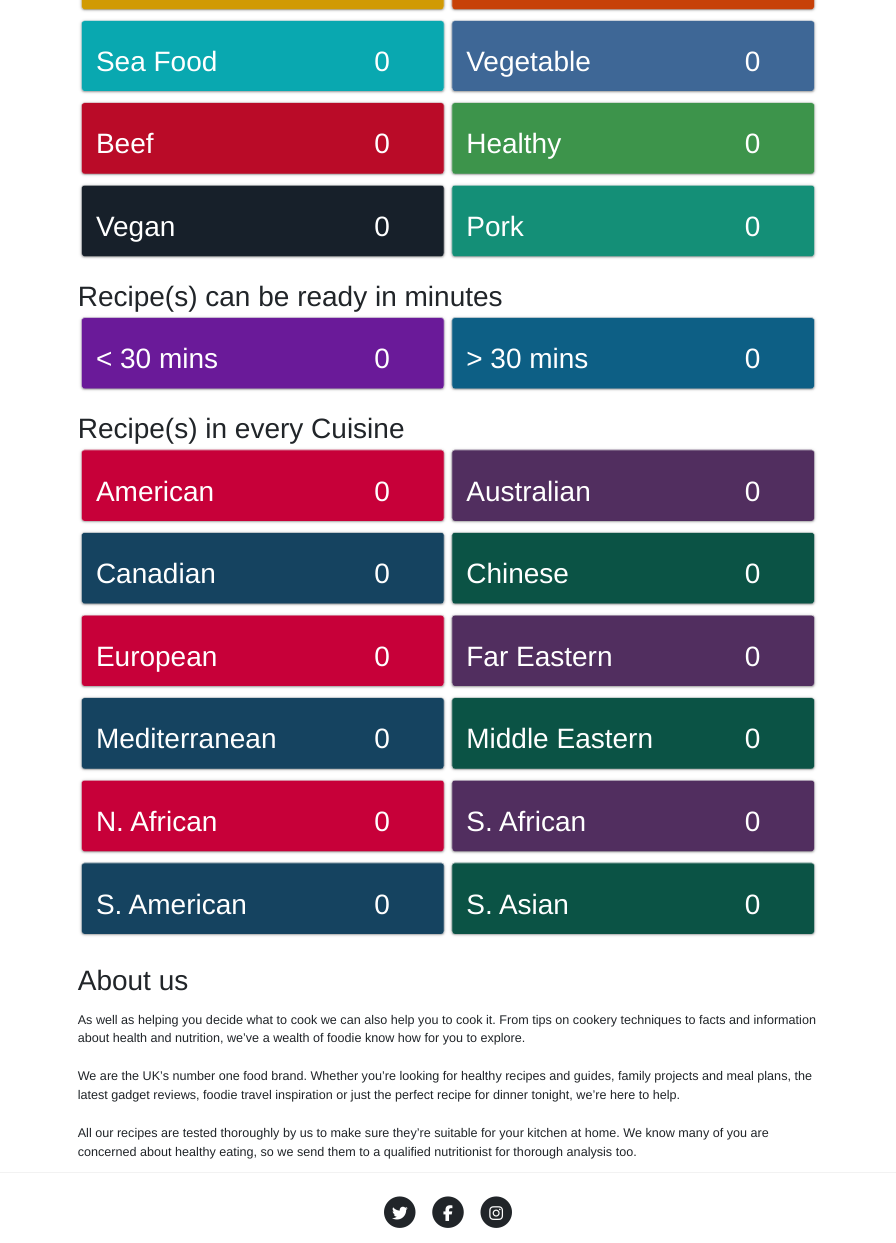
Repository: Code-Institute-Submissions/simas-recipes
Page: http://localhost/
The author's editor kept a record of every edit. The page is drawn from the files as they stood at one moment, then again after the next edit.
The browser window is 1280 px wide. The pictures show the part of the page from y = 753 to 2673 px (the page is 2528 px tall before and 2673 px after), at 70% of full size.
Some web fonts or font styles are not loaded; a fallback is used. Some web libraries are served in a nearby version. The page is served by the project's application, run on Flask 3 (run.py). Queries for data that is not in the repository find no rows.

Above is the page before.
Console error: ReferenceError: emailjs is not defined

### templates/index.html
{% extends 'base.html' %}
{% block content %}
    <span id ="top-page" class="dashhead"> Recipe(s) available in every Catagory</span><br>

    <div class="row">

        <!--Amount of recipes available for CHICKEN-->
        <div class="col-md-6 col-sm-12">
            <a href = "{{ url_for('chicken')}}">
            <div class="row card-chick collapsible collapsible-dash">
                <h2 class="col-9 cat_head">
                    Chicken
                </h2>
                <h2 class="col-3 cat-value">
                    {{ recipe_chicken|selectattr('recipe_type', 'equalto', 'Chicken')|list|length }}
                </h2>
            </div>
            </a>
        </div>

        <!--Amount of recipes available for LAMB-->
        <div class="col-md-6 col-sm-12">
            <a href = "{{ url_for('lamb')}}">
            <div class="row card-lamb collapsible collapsible-dash">
                <h2 class="col-9 cat_head">
                    Lamb
                </h2>
                <h2 class="col-3 cat-value">
                    {{ recipe_lamb|selectattr('recipe_type', 'equalto', 'Lamb')|list|length }}
                </h2>
            </div>
            </a>
        </div>
    </div>

    <div class="row">

        <!--Amount of recipes available for SEA FOOD-->
        <div class="col-md-6 col-sm-12">
            <a href = "{{ url_for('seafood')}}">
            <div class="row card-seafood collapsible collapsible-dash">
                <h2 class="col-9 cat_head">
                    Sea Food
                </h2>
                <h2 class="col-3 cat-value">
                    {{ recipe_seafood|selectattr('recipe_type', 'equalto', 'Sea Food')|list|length }}
                </h2>
            </div>
            </a>
        </div>

        <!--Amount of recipes available for VEGETABLE-->
        <div class="col-md-6 col-sm-12">
            <a href = "{{ url_for('veg')}}">
            <div class="row card-veg collapsible collapsible-dash">
                <h2 class="col-9 cat_head">
                    Vegetable
                </h2>
                <h2 class="col-3 cat-value">
                    {{ recipe_veg|selectattr('recipe_type', 'equalto', 'Vegetable')|list|length }}
                </h2>
            </div>
        </div>
    </div>

    <div class="row">

        <!--Amount of recipes available for BEEF-->
        <div class="col-md-6 col-sm-12">
            <a href = "{{ url_for('beef')}}">
            <div class="row card-beef collapsible collapsible-dash">
                <h2 class="col-9 cat_head">
                    Beef
                </h2>
                <h2 class="col-3 cat-value">
                    {{ recipe_beef|selectattr('recipe_type', 'equalto', 'Beef')|list|length }}
                </h2>
            </div>
            </a>
        </div>

        <!--Amount of recipes available for HEALTHY-->
        <div class="col-md-6 col-sm-12">
            <a href = "{{ url_for('healthy')}}">
            <div class="row card-healthy collapsible collapsible-dash">
                <h2 class="col-9 cat_head">
                    Healthy
                </h2>
                <h2 class="col-3 cat-value">
                    {{ recipe_healthy|selectattr('recipe_type', 'equalto', 'Healthy')|list|length }}
                </h2>
            </div>
            </a>
        </div>
    </div>

    <div class="row">

        <!--Amount of recipes available for VEGAN-->
        <div class="col-md-6 col-sm-12">
            <a href = "{{ url_for('vegan')}}">
            <div class="row card-vegan collapsible collapsible-dash">
                <h2 class="col-9 cat_head">
                    Vegan
                </h2>
                <h2 class="col-3 cat-value">
                    {{ recipe_vegan|selectattr('recipe_type', 'equalto', 'Vegan')|list|length }}
                </h2>
            </div>
            </a>
        </div>

        <!--Amount of recipes available for PORK-->
        <div class="col-md-6 col-sm-12">
            <a href = "{{ url_for('pork')}}">
            <div class="row card-pork collapsible collapsible-dash">
                <h2 class="col-9 cat_head">
                    Pork
                </h2>
                <h2 class="col-3 cat-value">
                    {{ recipe_pork|selectattr('recipe_type', 'equalto', 'Pork')|list|length }}
                </h2>
            </div>
            </a>
        </div>
    </div>
    <br>

    <span class="dashhead"> Recipe(s) can be ready in minutes</span><br>

    <div class="row">

        <!--Amount of recipes available which can be ready under 30 mins-->
        <div class="col-md-6 col-sm-12">
            <a href = "{{ url_for('u30')}}">
            <div class="row card-u30 collapsible collapsible-dash">
                <h2 class="col-9 cat_head">
                    < 30 mins
                </h2>
                <h2 class="col-3 cat-value">
                    {{ recipe_25|selectattr('cook_time', 'lessthan', 31)|list|length }}
                </h2>
            </div>
            </a>
        </div>

        <!--Amount of recipes available which can be take over 30 mins to be ready-->
        <div class="col-md-6 col-sm-12">
            <a href = "{{ url_for('o30')}}">
            <div class="row card-o30 collapsible collapsible-dash">
                <h2 class="col-9 cat_head">
                    > 30 mins
                </h2>
                <h2 class="col-3 cat-value">
                    {{ recipe_35|selectattr('cook_time', 'greaterthan', 31)|list|length }}
                </h2>
            </div>
            </a>
        </div>
    </div>

    <br>

    <span class="dashhead"> Recipe(s) in every Cuisine</span><br>

    <div class="row">

        <!--Amount of recipes available for AMERICAN CUISINE-->
        <div class="col-md-6 col-sm-12">
            <a href="{{ url_for('american') }}">
            <div class="row card-cuisine-red collapsible collapsible-dash">
                <h2 class="col-9 cat_head">
                    American
                </h2>
                <h2 class="col-3 cat-value">
                    {{ recipe_amc|selectattr('recipe_cuisine', 'equalto', 'American Cuisine')|list|length }}
                </h2>
            </div>
            </a>
        </div>

        <!--Amount of recipes available for AUSTRALIAN CUISINE-->
        <div class="col-md-6 col-sm-12">
            <a href = "{{ url_for('australian')}}">
            <div class="row card-cuisine-purple collapsible collapsible-dash">
                <h2 class="col-9 cat_head">
                    Australian
                </h2>
                <h2 class="col-3 cat-value">
                    {{ recipe_auc|selectattr('recipe_cuisine', 'equalto', 'Australian Cuisine')|list|length }}
                </h2>
            </div>
            </a>
        </div>
    </div>

    <div class="row">

        <!--Amount of recipes available for CANADIAN CUISINE-->
        <div class="col-md-6 col-sm-12">
            <a href="{{ url_for('canadian') }}">
            <div class="row card-cuisine-blue collapsible collapsible-dash">
                <h2 class="col-9 cat_head">
                    Canadian
                </h2>
                <h2 class="col-3 cat-value">
                    {{ recipe_cdc|selectattr('recipe_cuisine', 'equalto', 'Canadian Cuisine')|list|length }}
                </h2>
            </div>
            </a>
        </div>

        <!--Amount of recipes available for CHINESE CUISINE-->
        <div class="col-md-6 col-sm-12">
            <a href="{{ url_for('chinese') }}">
            <div class="row card-cuisine-green collapsible collapsible-dash">
                <h2 class="col-9 cat_head">
                    Chinese
                </h2>
                <h2 class="col-3 cat-value">
                    {{ recipe_cnc|selectattr('recipe_cuisine', 'equalto', 'Chinese Cuisine')|list|length }}
                </h2>
            </div>
            </a>
        </div>
    </div>

    <div class="row">

        <!--Amount of recipes available for EUROPIAN CUISINE-->
        <div class="col-md-6 col-sm-12">
            <div class="row card-cuisine-red collapsible collapsible-dash">
                <h2 class="col-9 cat_head">
                    European
                </h2>
                <h2 class="col-3 cat-value">
                    {{ recipe_euc|selectattr('recipe_cuisine', 'equalto', 'European Cuisine')|list|length }}
                </h2>
            </div>
        </div>

        <!--Amount of recipes available for FAR EASTERN CUISINE-->
        <div class="col-md-6 col-sm-12">
            <div class="row card-cuisine-purple collapsible collapsible-dash">
                <h2 class="col-9 cat_head">
                    Far Eastern
                </h2>
                <h2 class="col-3 cat-value">
                    {{ recipe_fec|selectattr('recipe_cuisine', 'equalto', 'Far Eastern Cuisine')|list|length }}
                </h2>
            </div>
        </div>
    </div>

    <div class="row">

        <!--Amount of recipes available for MEDITERRANEAN CUISINE-->
        <div class="col-md-6 col-sm-12">
            <div class="row card-cuisine-blue collapsible collapsible-dash">
                <h2 class="col-9 cat_head">
                    Mediterranean
                </h2>
                <h2 class="col-3 cat-value">
                    {{ recipe_mdc|selectattr('recipe_cuisine', 'equalto', 'Mediterranean Cuisine')|list|length }}
                </h2>
            </div>
        </div>

        <!--Amount of recipes available for MIDDLE EASTERN CUISINE-->
        <div class="col-md-6 col-sm-12">
            <div class="row card-cuisine-green collapsible collapsible-dash">
                <h2 class="col-9 cat_head">
                    Middle Eastern
                </h2>
                <h2 class="col-3 cat-value">
                    {{ recipe_mec|selectattr('recipe_cuisine', 'equalto', 'Middle Eastern Cuisine')|list|length }}
                </h2>
            </div>
        </div>
    </div>

    <div class="row">

        <!--Amount of recipes available for NORTH AFRICAN CUISINE-->
        <div class="col-md-6 col-sm-12">
            <div class="row card-cuisine-red collapsible collapsible-dash">
                <h2 class="col-9 cat_head">
                    N. African
                </h2>
                <h2 class="col-3 cat-value">
                    {{ recipe_nac|selectattr('recipe_cuisine', 'equalto', 'North African Cuisine')|list|length }}
                </h2>
            </div>
        </div>

        <!--Amount of recipes available for SOUTH AFRICAN CUISINE-->
        <div class="col-md-6 col-sm-12">
            <div class="row card-cuisine-purple collapsible collapsible-dash">
                <h2 class="col-9 cat_head">
                    S. African
                </h2>
                <h2 class="col-3 cat-value">
                    {{ recipe_safc|selectattr('recipe_cuisine', 'equalto', 'South African Cuisine')|list|length }}
                </h2>
            </div>
        </div>
    </div>

    <div class="row">

        <!--Amount of recipes available for SOUTH AMERICAN CUISINE-->
        <div class="col-md-6 col-sm-12">
            <div class="row card-cuisine-blue collapsible collapsible-dash">
                <h2 class="col-9 cat_head">
                    S. American
                </h2>
                <h2 class="col-3 cat-value">
                    {{ recipe_samc|selectattr('recipe_cuisine', 'equalto', 'South American Cuisine')|list|length }}
                </h2>
            </div>
        </div>

        <!--Amount of recipes available for SOUTH ASIAN CUISINE-->
        <div class="col-md-6 col-sm-12">
            <div class="row card-cuisine-green collapsible collapsible-dash">
                <h2 class="col-9 cat_head">
                    S. Asian
                </h2>
                <h2 class="col-3 cat-value">
                    {{ recipe_sasc|selectattr('recipe_cuisine', 'equalto', 'South Asian Cuisine')|list|length }}
                </h2>
            </div>
        </div>
    </div>

    <h2>About us</h2>

    <p>
        As well as helping you decide what to cook we can also help you to cook it. From tips on cookery techniques to facts and information about health and nutrition, we’ve a wealth of foodie know how for you to explore.
    </p>
    <br>
    <p>
        We are the UK’s number one food brand. Whether you’re looking for healthy recipes and guides, family projects and meal plans, the latest gadget reviews, foodie travel inspiration or just the perfect recipe for dinner tonight, we’re here to help.
    </p>
    <br>
    <p>
        All our recipes are tested thoroughly by us to make sure they’re suitable for your kitchen at home. We know many of you are concerned about healthy eating, so we send them to a qualified nutritionist for thorough analysis too.
    </p>

    <!--For floating TOP button on right hand bottom corner-->
    <div class="fixed-action-btn">
        <a href="#top-page" class="btn-floating red card-top">
            Top
        </a>
    </div>

{% endblock %}

Loaded but not shown: static/css/bootstrap.css (library); static/css/fontawesome.css (library); static/css/materialize.css (library); static/js/jquery.js (library); static/js/bootstrap.bundle.js (library); static/js/materialize.js (library); static/js/clean-blog.js (41 lines, source omitted); static/js/sendemail.js (57 lines, source omitted); run.py (519 lines, source omitted); static/css/style.css (854 lines, source omitted); templates/base.html (159 lines, source omitted)

After the next edit:
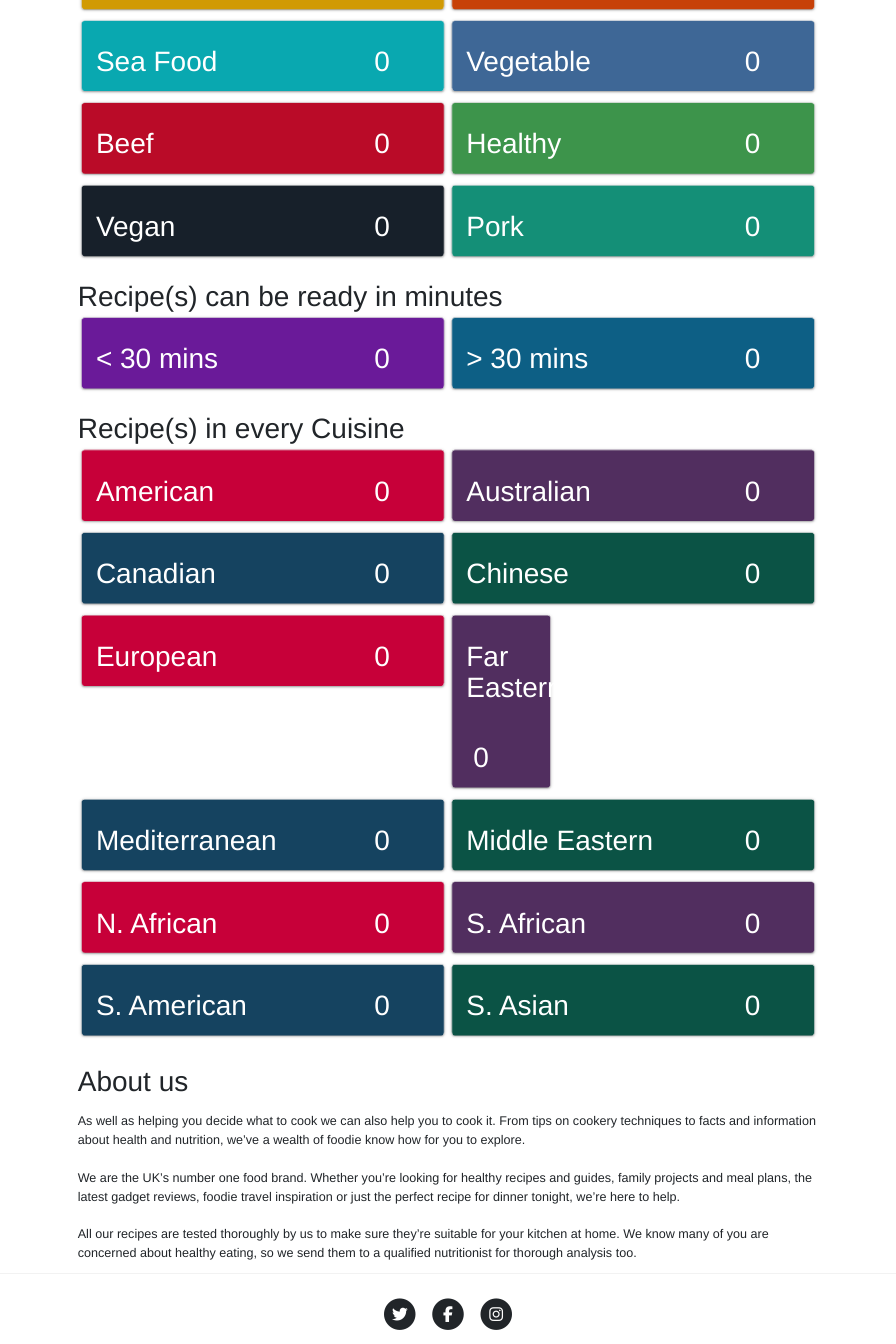
The edit:
--- a/templates/index.html
+++ b/templates/index.html
@@ -229,6 +229,7 @@
 
         <!--Amount of recipes available for EUROPIAN CUISINE-->
         <div class="col-md-6 col-sm-12">
+            <a href="{{ url_for('european') }}">
             <div class="row card-cuisine-red collapsible collapsible-dash">
                 <h2 class="col-9 cat_head">
                     European

After the edit that followed:
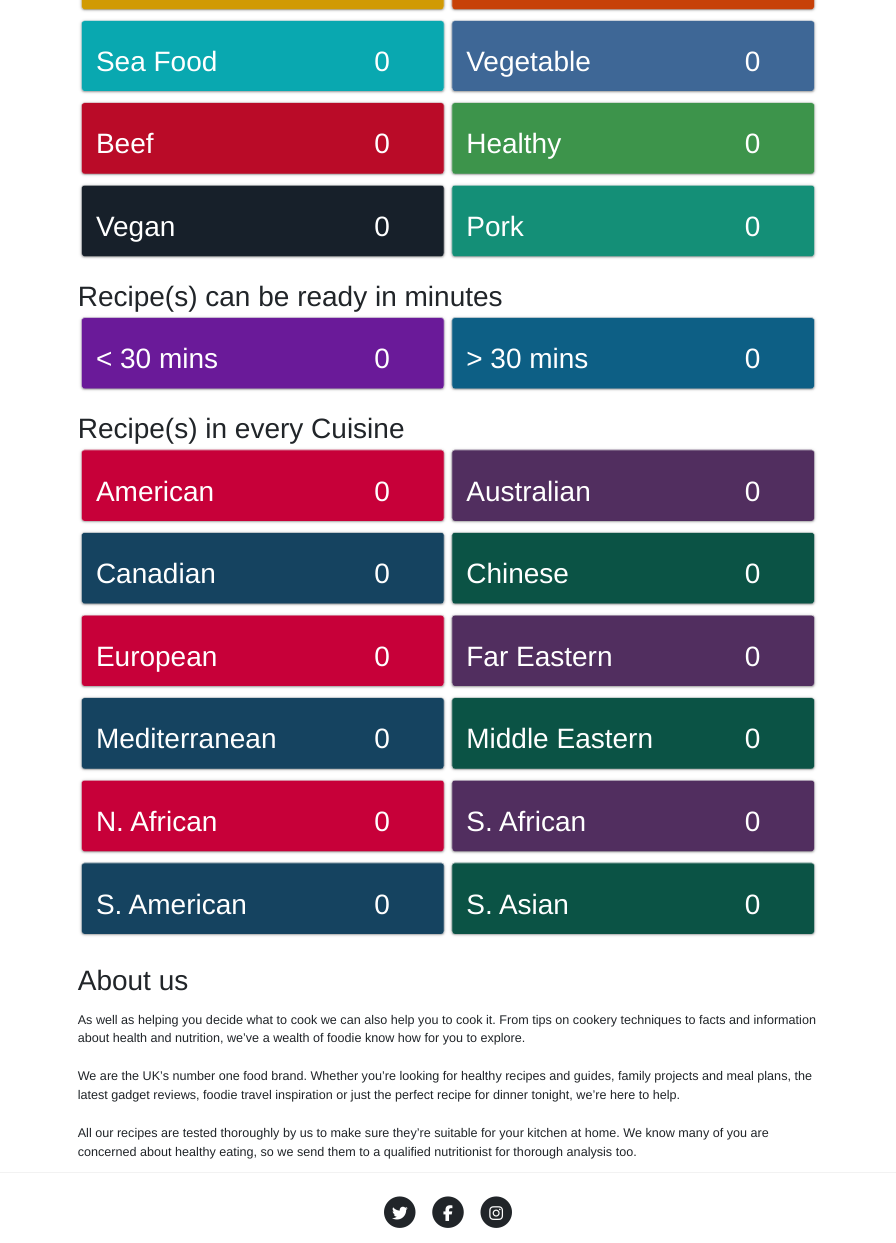
The edit:
--- a/templates/index.html
+++ b/templates/index.html
@@ -238,6 +238,7 @@
                     {{ recipe_euc|selectattr('recipe_cuisine', 'equalto', 'European Cuisine')|list|length }}
                 </h2>
             </div>
+            </a>
         </div>
 
         <!--Amount of recipes available for FAR EASTERN CUISINE-->
